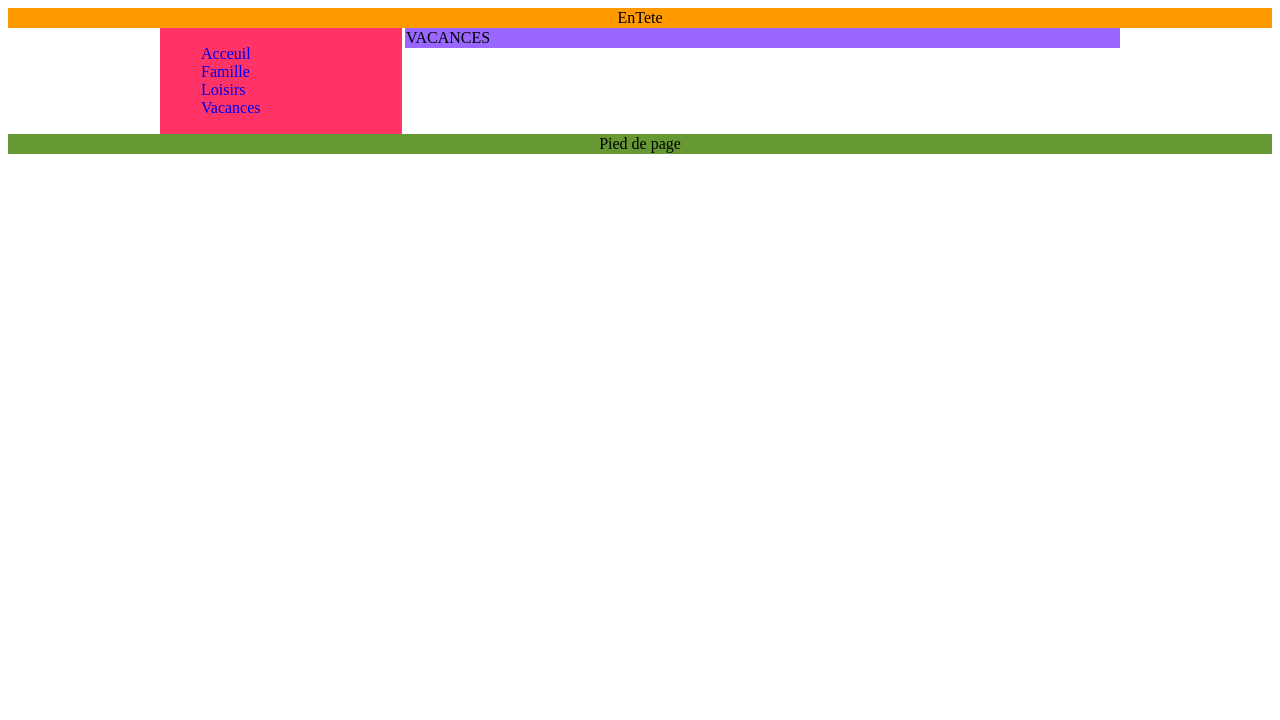
Repository: serviceshuios/Git-Aix-Web
Page: mise-en-page-html-css/WebContent/vacances.html
These files come from the project's save history. The page is drawn as it stood at one moment and after the next save; the edit follows.
The browser window is 1280 px wide. The pictures show the whole page.

Above is the page before, as saved 2018-10-25 14:57:00.

After the next save:
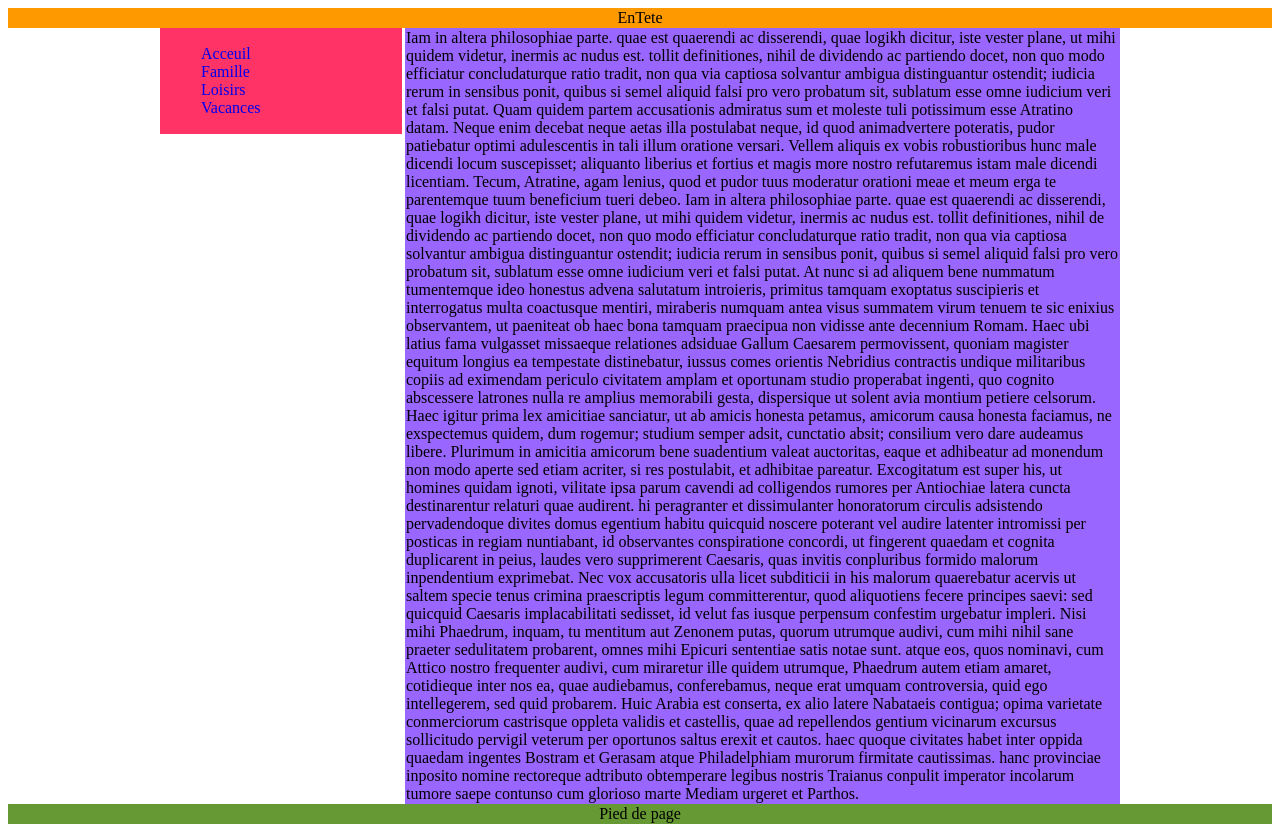
Saved 63 s later.
--- a/mise-en-page-html-css/WebContent/vacances.html
+++ b/mise-en-page-html-css/WebContent/vacances.html
@@ -19,7 +19,28 @@
 				</ul>
 			</div>
 			<div id="contenu">
-				VACANCES
+
+
+Iam in altera philosophiae parte. quae est quaerendi ac disserendi, quae logikh dicitur, iste vester plane, ut mihi quidem videtur, inermis ac nudus est. tollit definitiones, nihil de dividendo ac partiendo docet, non quo modo efficiatur concludaturque ratio tradit, non qua via captiosa solvantur ambigua distinguantur ostendit; iudicia rerum in sensibus ponit, quibus si semel aliquid falsi pro vero probatum sit, sublatum esse omne iudicium veri et falsi putat.
+
+Quam quidem partem accusationis admiratus sum et moleste tuli potissimum esse Atratino datam. Neque enim decebat neque aetas illa postulabat neque, id quod animadvertere poteratis, pudor patiebatur optimi adulescentis in tali illum oratione versari. Vellem aliquis ex vobis robustioribus hunc male dicendi locum suscepisset; aliquanto liberius et fortius et magis more nostro refutaremus istam male dicendi licentiam. Tecum, Atratine, agam lenius, quod et pudor tuus moderatur orationi meae et meum erga te parentemque tuum beneficium tueri debeo.
+
+Iam in altera philosophiae parte. quae est quaerendi ac disserendi, quae logikh dicitur, iste vester plane, ut mihi quidem videtur, inermis ac nudus est. tollit definitiones, nihil de dividendo ac partiendo docet, non quo modo efficiatur concludaturque ratio tradit, non qua via captiosa solvantur ambigua distinguantur ostendit; iudicia rerum in sensibus ponit, quibus si semel aliquid falsi pro vero probatum sit, sublatum esse omne iudicium veri et falsi putat.
+
+At nunc si ad aliquem bene nummatum tumentemque ideo honestus advena salutatum introieris, primitus tamquam exoptatus suscipieris et interrogatus multa coactusque mentiri, miraberis numquam antea visus summatem virum tenuem te sic enixius observantem, ut paeniteat ob haec bona tamquam praecipua non vidisse ante decennium Romam.
+
+Haec ubi latius fama vulgasset missaeque relationes adsiduae Gallum Caesarem permovissent, quoniam magister equitum longius ea tempestate distinebatur, iussus comes orientis Nebridius contractis undique militaribus copiis ad eximendam periculo civitatem amplam et oportunam studio properabat ingenti, quo cognito abscessere latrones nulla re amplius memorabili gesta, dispersique ut solent avia montium petiere celsorum.
+
+Haec igitur prima lex amicitiae sanciatur, ut ab amicis honesta petamus, amicorum causa honesta faciamus, ne exspectemus quidem, dum rogemur; studium semper adsit, cunctatio absit; consilium vero dare audeamus libere. Plurimum in amicitia amicorum bene suadentium valeat auctoritas, eaque et adhibeatur ad monendum non modo aperte sed etiam acriter, si res postulabit, et adhibitae pareatur.
+
+Excogitatum est super his, ut homines quidam ignoti, vilitate ipsa parum cavendi ad colligendos rumores per Antiochiae latera cuncta destinarentur relaturi quae audirent. hi peragranter et dissimulanter honoratorum circulis adsistendo pervadendoque divites domus egentium habitu quicquid noscere poterant vel audire latenter intromissi per posticas in regiam nuntiabant, id observantes conspiratione concordi, ut fingerent quaedam et cognita duplicarent in peius, laudes vero supprimerent Caesaris, quas invitis conpluribus formido malorum inpendentium exprimebat.
+
+Nec vox accusatoris ulla licet subditicii in his malorum quaerebatur acervis ut saltem specie tenus crimina praescriptis legum committerentur, quod aliquotiens fecere principes saevi: sed quicquid Caesaris implacabilitati sedisset, id velut fas iusque perpensum confestim urgebatur impleri.
+
+Nisi mihi Phaedrum, inquam, tu mentitum aut Zenonem putas, quorum utrumque audivi, cum mihi nihil sane praeter sedulitatem probarent, omnes mihi Epicuri sententiae satis notae sunt. atque eos, quos nominavi, cum Attico nostro frequenter audivi, cum miraretur ille quidem utrumque, Phaedrum autem etiam amaret, cotidieque inter nos ea, quae audiebamus, conferebamus, neque erat umquam controversia, quid ego intellegerem, sed quid probarem.
+
+Huic Arabia est conserta, ex alio latere Nabataeis contigua; opima varietate conmerciorum castrisque oppleta validis et castellis, quae ad repellendos gentium vicinarum excursus sollicitudo pervigil veterum per oportunos saltus erexit et cautos. haec quoque civitates habet inter oppida quaedam ingentes Bostram et Gerasam atque Philadelphiam murorum firmitate cautissimas. hanc provinciae inposito nomine rectoreque adtributo obtemperare legibus nostris Traianus conpulit imperator incolarum tumore saepe contunso cum glorioso marte Mediam urgeret et Parthos.
+
 			</div>
 		</div>
 		<div id="footer">
